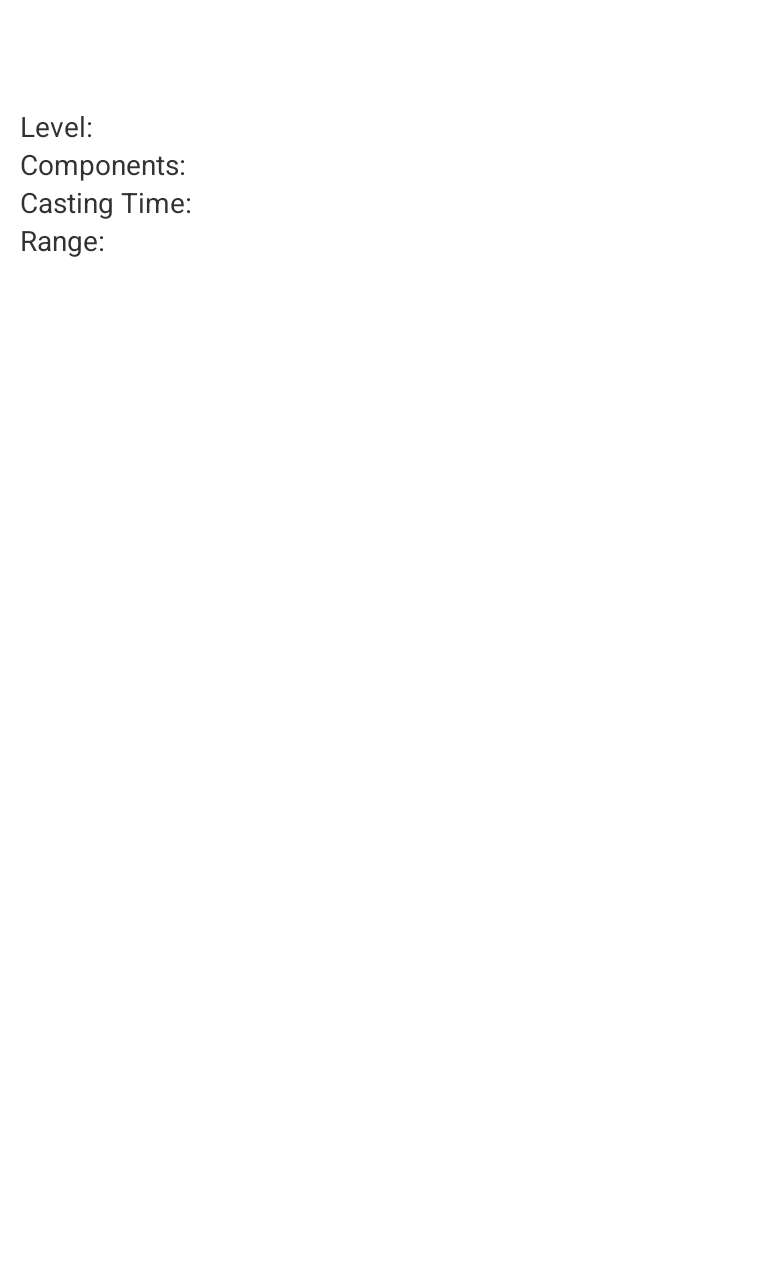
Repository: Rizsti/BrawnyKoala
Layout: 2.2/res/layout/dialogue_spell_details.xml
The author's editor kept a copy of each file at every save. The layout is drawn from the files as they stood at one save, then again after the next save.
It is drawn on a 768 x 1280 px phone screen (xhdpi) without system bars, with theme AppTheme; the app's code is not run.

Above is the layout before, as saved 2013-06-09 04:34:03.

After the next save:
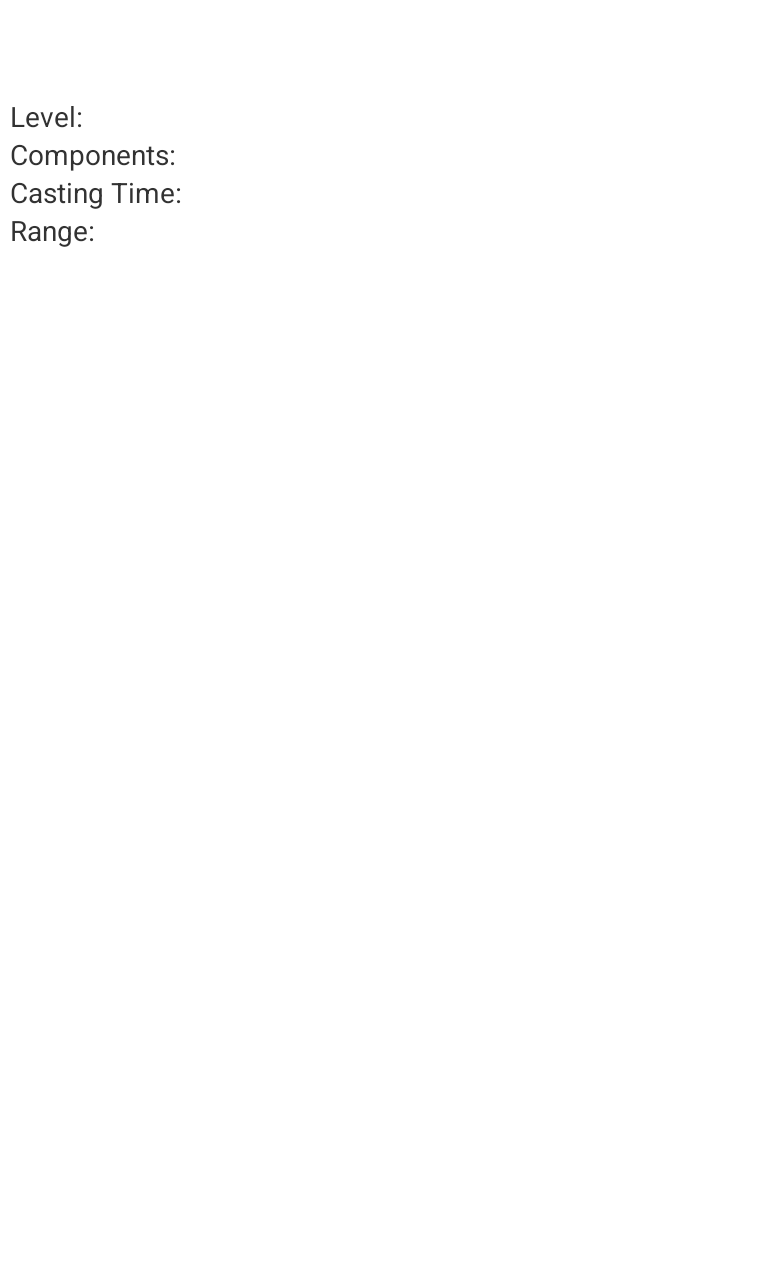
Saved 8 s later.
--- a/2.2/res/layout/dialogue_spell_details.xml
+++ b/2.2/res/layout/dialogue_spell_details.xml
@@ -3,7 +3,7 @@
     android:layout_width="match_parent"
     android:layout_height="match_parent"
     android:orientation="vertical"
-    android:padding="10sp">
+    android:padding="5sp">
 
     <TextView
         android:id="@+id/spellName"
